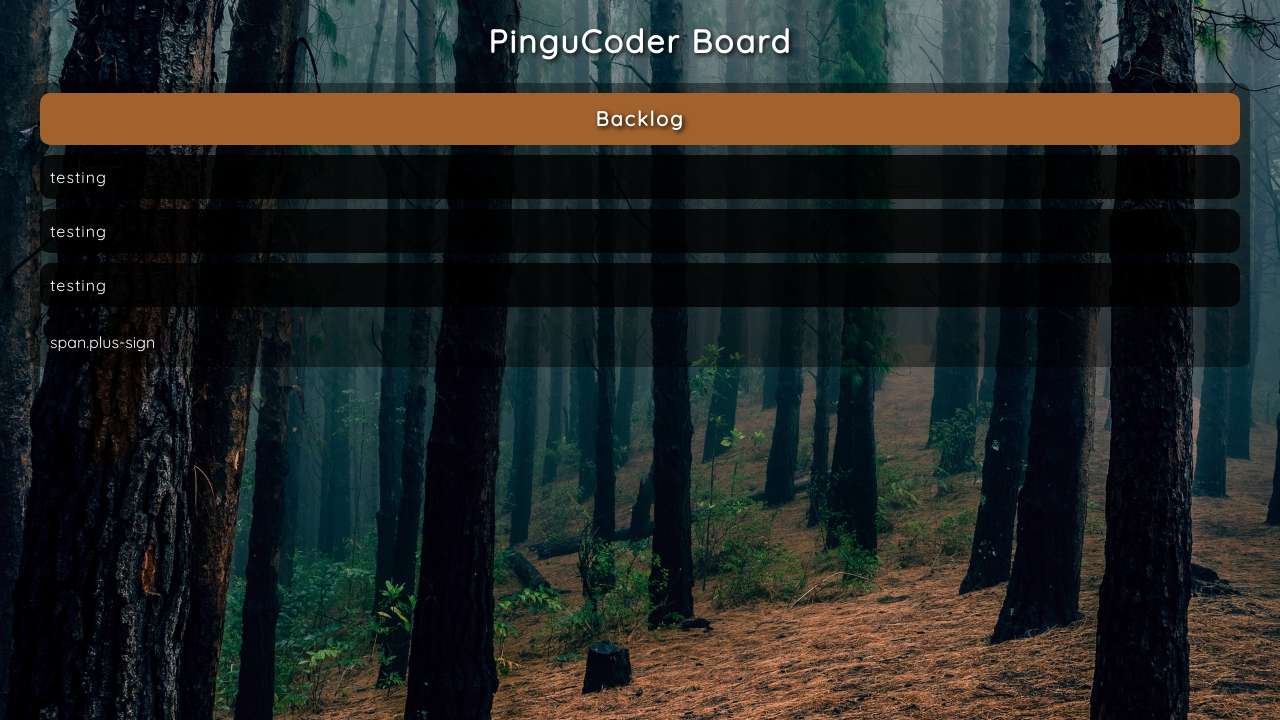
Repository: chanwarichawki/6Drag-And-Drop
Page: index.html
An editor plug-in stored every save of this project. The page is shown before and after the next save, followed by the edit.
The browser window is 1280 px wide. The pictures show the whole page.

Above is the page before, as saved 2023-12-25 18:41:46.

### index.html
<!DOCTYPE html>
<html lang="en">
<head>
    <meta charset="UTF-8">
    <meta name="viewport" content="width=device-width, initial-scale=1.0">
    <title>Drag and Drop</title>
    <link rel="icon" type="image/png" href="favicon.png">
    <link rel="stylesheet" href="style.css">
</head>
<body>
    <h1 class="main-title">PinguCoder Board</h1>
    <div class="drag-container">
      <ul class="drag-list">
        <!-- backLog column -->
        <li class="drag-column backlog-column">
        <span class="header">
          <h1>Backlog</h1>
        </span>
        <!-- backLog content -->
        <div class="backlog-content">
          <ul class="drag-item-list" id="backlog-list">
            <li class="drag-item">testing</li>
            <li class="drag-item">testing</li>
            <li class="drag-item">testing</li>
          </ul>
        </div>
        <!-- add button group -->
        <div class="add-btn-group">
          <div class="add-btn">
            span.plus-sign
          </div>
        </div>

      </li>
      </ul>
    </div>

    <!-- Script -->
    <script src="script.js"></script>
</body>
</html>

### style.css
/* Trees Image - Pexels: https://www.pexels.com/photo/photo-of-trees-in-forest-3801030/ */
@import url("https://fonts.googleapis.com/css?family=Quicksand&display=swap");

html {
  box-sizing: border-box;
}

:root {
  --column-1: #a2622d;
  --column-2: #1b6161;
  --column-3: #248224;
  --column-4: #a22d22;
}

body {
  margin: 0;
  background: url("./trees.jpg");
  background-size: cover;
  background-position: 50% 60%;
  background-attachment: fixed;
  color: white;
  font-family: Quicksand, sans-serif;
  overflow-y: hidden;
}

h1 {
  letter-spacing: 2px;
  text-shadow: 2px 2px 5px black;
}

.main-title {
  text-align: center;
  font-size: 3rem;
}

ul {
  list-style-type: none;
  margin: 0;
  padding: 0;
}

.drag-container {
  margin: 20px;
}

.drag-list {
  display: flex;
  align-items: flex-start;
}

/* Columns */
.drag-column {
  flex: 1;
  margin: 0 10px;
  position: relative;
  background-color: rgba(0, 0, 0, 0.4);
  border-radius: 10px;
  overflow-x: hidden;
}

.backlog-column .header,
.backlog-column .solid,
.backlog-column .solid:hover,
.backlog-column .over {
  background-color: var(--column-1);
}

.progress-column .header,
.progress-column .solid,
.progress-column .solid:hover,
.progress-column .over {
  background-color: var(--column-2);
}

.complete-column .header,
.complete-column .solid,
.complete-column .solid:hover,
.complete-column .over {
  background-color: var(--column-3);
}

.on-hold-column .header,
.on-hold-column .solid,
.on-hold-column .solid:hover,
.on-hold-column .over {
  background-color: var(--column-4);
}

/* Custom Scrollbar */
.custom-scroll {
  overflow-y: auto;
  max-height: 75vh;
}

.custom-scroll::-webkit-scrollbar-track {
  box-shadow: inset 0 0 6px rgba(0, 0, 0, 0.4);
  border-radius: 10px;
  background-color: rgba(255, 255, 255, 0.3);
  margin-right: 5px;
}

.custom-scroll::-webkit-scrollbar {
  width: 10px;
}

.custom-scroll::-webkit-scrollbar-thumb {
  border-radius: 10px;
  box-shadow: inset 0 0 6px rgba(0, 0, 0, 0.3);
  background-color: rgba(0, 0, 0, 0.8);
}

.header {
  display: flex;
  justify-content: center;
  border-radius: 10px;
  margin: 10px;
}

.header h1 {
  font-size: 1.25rem;
}

/* Drag and Drop */
.over {
  padding: 50px 10px;
}

.drag-item-list {
  min-height: 50px;
}

.drag-item {
  margin: 10px;
  padding: 10px;
  height: fit-content;
  background-color: rgba(0, 0, 0, 0.8);
  border-radius: 10px;
  line-height: 1.5rem;
  letter-spacing: 1px;
  cursor: pointer;
}

.drag-item:focus {
  outline: none;
  background-color: white;
  color: black;
}

/* Add Button Group */
.add-btn-group {
  display: flex;
  justify-content: space-between;
}

.add-btn {
  margin: 10px;
  padding: 5px 10px;
  display: flex;
  align-items: center;
  cursor: pointer;
  width: fit-content;
  border-radius: 5px;
  transition: all 0.3s ease-in;
  user-select: none;
}

.add-btn:hover {
  background-color: rgba(255, 255, 255, 0.9);
  color: black;
}

.add-btn:active {
  transform: scale(0.97);
}

.solid {
  display: none;
}

.solid:hover {
  transition: unset;
  filter: brightness(95%);
  color: white;
}

.plus-sign {
  font-size: 1.5rem;
  margin-right: 5px;
  position: relative;
  top: -3px;
}

.add-container {
  margin: 10px;
  padding: 5px 10px;
  border-radius: 10px;
  background-color: rgba(255, 255, 255, 0.9);
  min-height: 100px;
  display: none;
}

.add-item {
  width: 100%;
  min-height: 100px;
  height: auto;
  background-color: white;
  border-radius: 10px;
  margin: 5px auto;
  resize: none;
  color: black;
  padding: 10px;
}

.add-item:focus {
  outline: none;
}

/* Media Query: Laptop */
@media screen and (max-width: 1800px) {
  .main-title {
    font-size: 2rem;
  }
}

/* Media Query: Large Smartphone (Vertical) */
@media screen and (max-width: 600px) {
  body {
    overflow-y: auto;
  }

  .drag-container {
    margin: 0;
  }

  .drag-list {
    display: block;
  }

  .drag-column {
    margin: 10px;
  }
}

### script.js
const addBtns = document.querySelectorAll('.add-btn:not(.solid)');
const saveItemBtns = document.querySelectorAll('.solid');
const addItemContainers = document.querySelectorAll('.add-container');
const addItems = document.querySelectorAll('.add-item');
// Item Lists
const itemLists = document.querySelectorAll('.drag-item-list');
const backlogList = document.getElementById('backlog-list');
const progressList = document.getElementById('progress-list');
const completeList = document.getElementById('complete-list');
const onHoldList = document.getElementById('on-hold-list');

// Items


// Initialize Arrays
let backlogListArray = [];
let progressListArray = [];
let completeListArray = [];
let onHoldListArray = [];

// Drag Functionality


// Get Arrays from localStorage if available, set default values if not
function getSavedColumns() {
  if (localStorage.getItem('backlogItems')) {
    backlogListArray = JSON.parse(localStorage.backlogItems);
    progressListArray = JSON.parse(localStorage.progressItems);
    completeListArray = JSON.parse(localStorage.completeItems);
    onHoldListArray = JSON.parse(localStorage.onHoldItems);
  } else {
    backlogListArray = ['Release the course', 'Sit back and relax'];
    progressListArray = ['Work on projects', 'Listen to music'];
    completeListArray = ['Being cool', 'Getting stuff done'];
    onHoldListArray = ['Being uncool'];
  }
}

// Set localStorage Arrays
function updateSavedColumns() {
  localStorage.setItem('backlogItems', JSON.stringify(backlogListArray));
  localStorage.setItem('progressItems', JSON.stringify(progressListArray));
  localStorage.setItem('completeItems', JSON.stringify(completeListArray));
  localStorage.setItem('onHoldItems', JSON.stringify(onHoldListArray));
}

// Create DOM Elements for each list item
function createItemEl(columnEl, column, item, index) {
  console.log('columnEl:', columnEl);
  console.log('column:', column);
  console.log('item:', item);
  console.log('index:', index);
  // List Item
  const listEl = document.createElement('li');
  listEl.classList.add('drag-item');

}

// Update Columns in DOM - Reset HTML, Filter Array, Update localStorage
function updateDOM() {
  // Check localStorage once

  // Backlog Column

  // Progress Column

  // Complete Column

  // On Hold Column

  // Run getSavedColumns only once, Update Local Storage


}

After the next save:
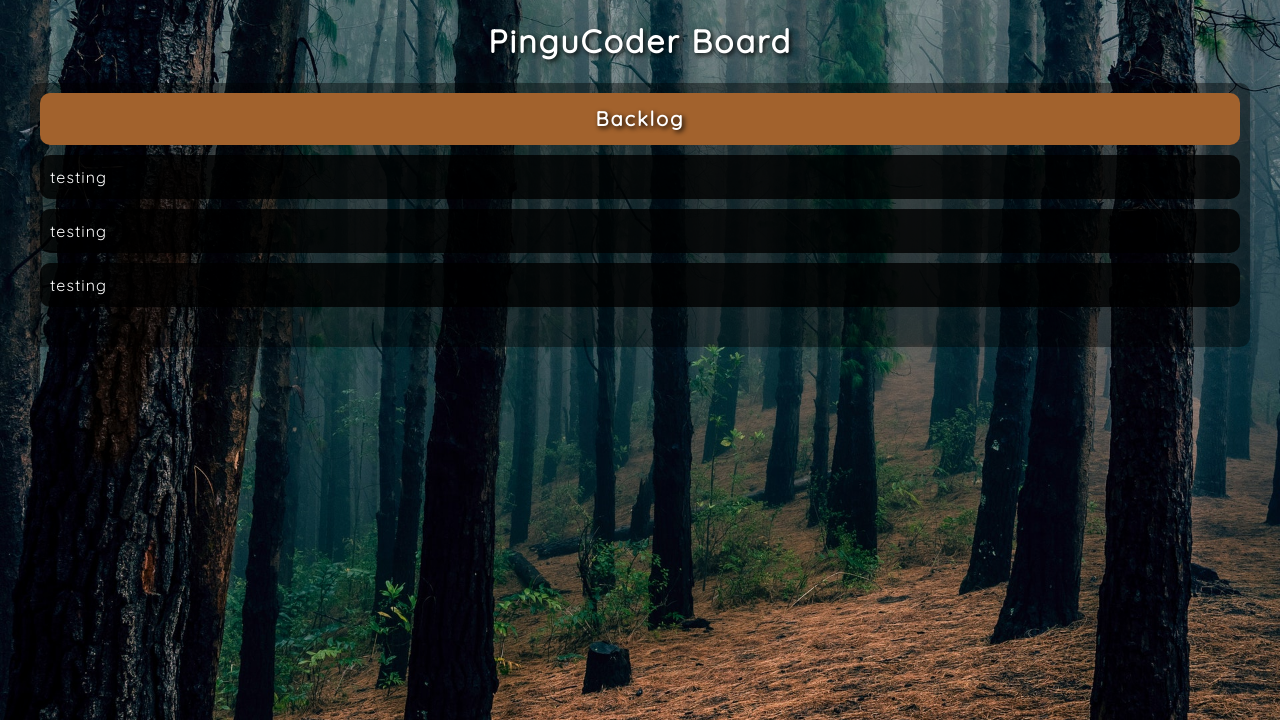
Saved 8 s later.
--- a/index.html
+++ b/index.html
@@ -27,7 +27,9 @@
         <!-- add button group -->
         <div class="add-btn-group">
           <div class="add-btn">
-            span.plus-sign
+            <span class="plus-sign">
+
+            </span>
           </div>
         </div>
 
